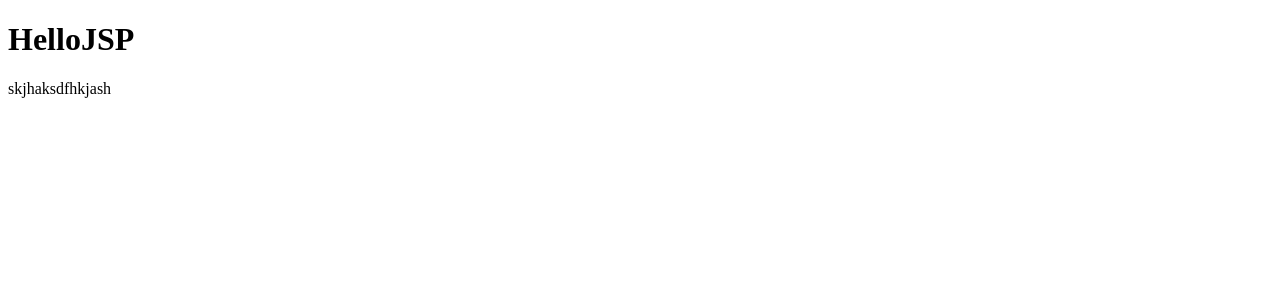
Repository: gkalivar/Java-projects
Page: http://localhost/HelloJSP/NewFile.jsp
The author's editor kept a copy of each file at every save. The page is drawn from the files as they stood at one save, then again after the next save.
The browser window is 1280 px wide. The pictures show the whole page.
The page is served by Tomcat 9.

Above is the page before, as saved 2022-07-05 08:08:15.

### HelloJSP/src/main/webapp/NewFile.jsp
<%@ page language="java" contentType="text/html; charset=ISO-8859-1"
    pageEncoding="ISO-8859-1"%>
<!DOCTYPE html>
<html>
<head>
<meta charset="ISO-8859-1">
<title>Insert title here</title>
</head>
<body>
<h1>HelloJSP</h1>

skjhaksdfhkjash
</body>
</html>

After the next save:
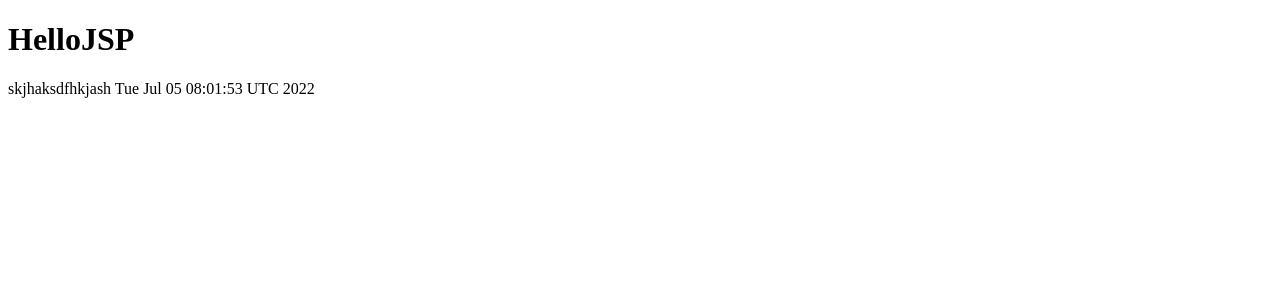
Saved 111 s later.
--- a/HelloJSP/src/main/webapp/NewFile.jsp
+++ b/HelloJSP/src/main/webapp/NewFile.jsp
@@ -10,5 +10,8 @@
 <h1>HelloJSP</h1>
 
 skjhaksdfhkjash
+
+<%= new java.util.Date() %>
+
 </body>
 </html>
